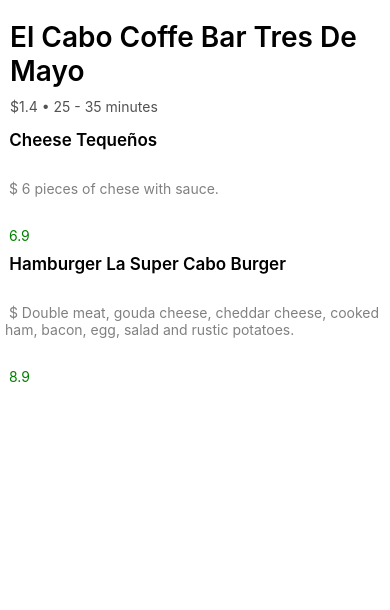
Repository: leroy-netizen/rn-uber-eats-client
Screen: /
These files come from the project's save history. The screen is drawn as it stood at one moment and after the next save; the edit follows.
The pictures show rows 234 to 844 of an output 844 px tall.
The app was drawn by React Native's web renderer in a window 390 px wide. The project was rebuilt for these pictures with package versions that can differ from the ones it lists, and the page was loaded fresh each time. Also part of the build but not shown: src/components/restaurantItem/RestaurantItem.jsx, src/screens/HomeScreen/index.js.

Above is the screen before, as saved 2023-01-16 16:39:15.

After the next save:
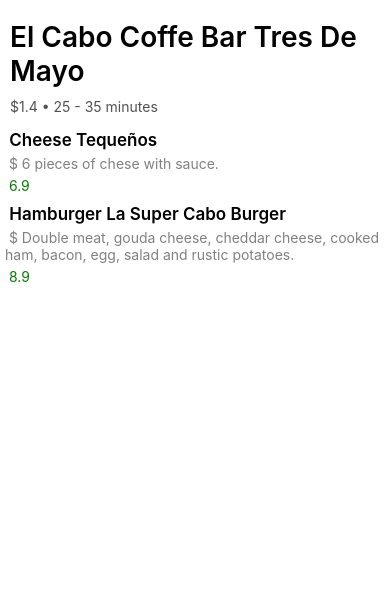
Saved 5 s later.
--- a/src/components/DishListItem/index.js
+++ b/src/components/DishListItem/index.js
@@ -23,7 +23,7 @@ const styles = StyleSheet.create({
   },
   description: {
       color: "gray",
-      marginVertical: 30
+      marginVertical: 5
   },
 });
 export default DishListItem;
